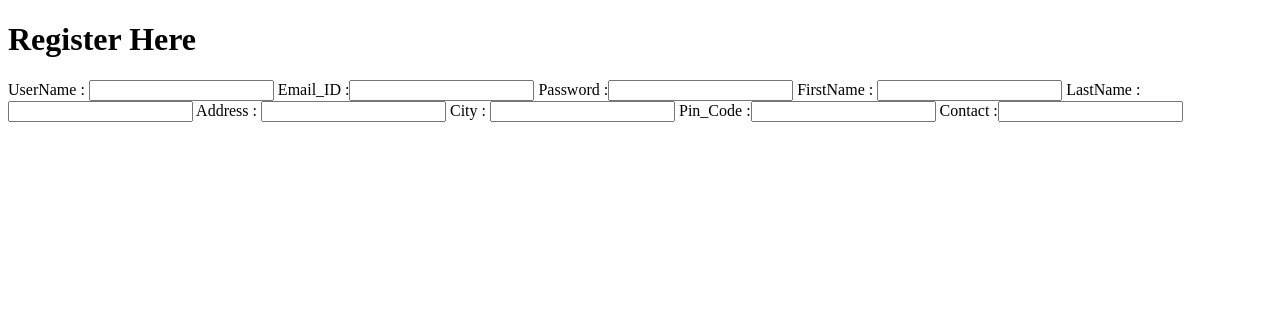
Repository: sunil965/JavaRepo
Page: WebProject/WebContent/registration.html
An editor plug-in stored every save of this project. The page is shown before and after the next save, followed by the edit.
The browser window is 1280 px wide. The pictures show the whole page.

Above is the page before, as saved 2017-04-26 12:29:26.

After the next save:
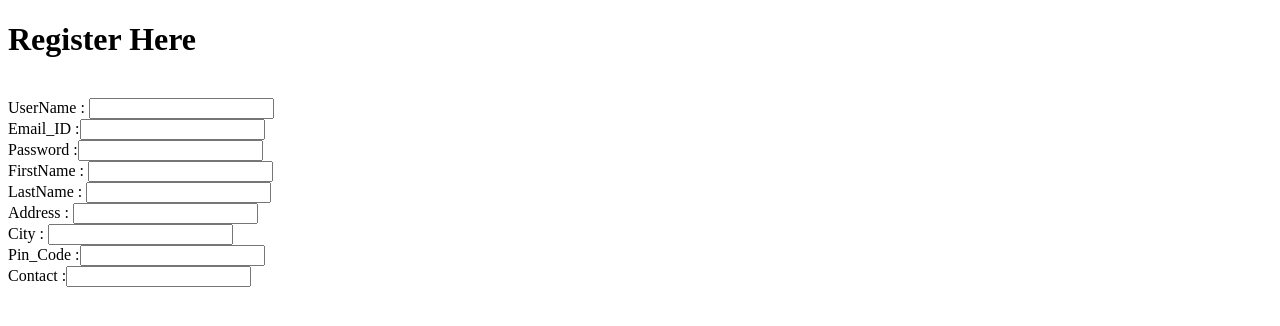
Saved 44 s later.
--- a/WebProject/WebContent/registration.html
+++ b/WebProject/WebContent/registration.html
@@ -7,16 +7,16 @@
 <body>
 <h1>Register Here</h1>
 <div>
-	<form action="RegisterServlet" method="post">
-	 UserName : <input type="text" name="user"/>
-	 Email_ID :<input type="text" name="eid"/>
-	 Password :<input type="password" name="pwd"/>
-	 FirstName : <input type="text" name="fname"/>
-	 LastName : <input type="text" name="lname"/>
-	 Address : <input type="text" name="address"/>
-	 City : <input type="text" name="city"/>
-	 Pin_Code :<input type="text" name="state"/>
-	 Contact :<input type="text" name="contact"/>
+	<form action="RegisterServlet" method="post"><br>
+	 UserName : <input type="text" name="user"/><br>
+	 Email_ID :<input type="text" name="eid"/><br>
+	 Password :<input type="password" name="pwd"/><br>
+	 FirstName : <input type="text" name="fname"/><br>
+	 LastName : <input type="text" name="lname"/><br>
+	 Address : <input type="text" name="address"/><br>
+	 City : <input type="text" name="city"/><br>
+	 Pin_Code :<input type="text" name="state"/><br>
+	 Contact :<input type="text" name="contact"/><br>
 	</form>
 </div>
 
